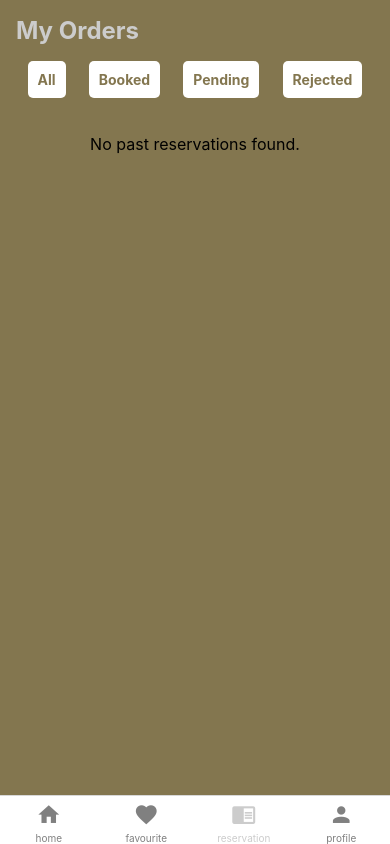
Repository: TemoshoS/restaurant-app
Screen: /reservation
An editor plug-in stored every save of this project. The screen is shown before and after the next save, followed by the edit.
The page's requests for data from a server got no answer. The app was drawn by React Native's web renderer in a window 390 px wide. The project was rebuilt for these pictures with package versions that can differ from the ones it lists, and the page was loaded fresh each time. No one was signed in, and anything a server would have sent is missing. Also part of the build but not shown: Screens/LoginScreen.js, Screens/RegisterScreen.js, components/navbar.js, components/search.js, Screens/RestaurantScreen.js, Screens/RestaurantDetailsScreen.js, Screens/MenuScreen.js, Screens/ReservationScreen.js and 5 more.

Above is the screen before, as saved 2024-01-04 12:01:07.

### App.js
// Import necessary components and modules
import React, { useEffect, useState } from 'react';
import { StyleSheet } from 'react-native';
import { NavigationContainer } from '@react-navigation/native';
import { createStackNavigator } from '@react-navigation/stack';
import { createBottomTabNavigator } from '@react-navigation/bottom-tabs';
import LoginScreen from './Screens/LoginScreen';
import HomeScreen from './Screens/HomeScreen';
import RegisterScreen from './Screens/RegisterScreen';
import RestaurantScreen from './Screens/RestaurantScreen';
import RestaurantDetailsScreen from './Screens/RestaurantDetailsScreen';
import MenuScreen from './Screens/MenuScreen';
import ReservationScreen from './Screens/ReservationScreen';
import PastReserevationScreen from './Screens/PastReserevationScreen';
import ProfileScreen from './Screens/ProfileScreen';
import store from './store/store';
import { Provider } from 'react-redux';
import MaterialCommunityIcons from 'react-native-vector-icons/MaterialCommunityIcons';
import FavoriteRestaurantScreen from './Screens/FavoriteRestaurantScreen';
import ForgotPasswordScreen from './Screens/ForgotPasswordScreen'
import Dashboard from './Screens/Dashboard';
import EditProfileScreen from './Screens/editProfileScreen';
import { auth } from './config/firebase';

const Stack = createStackNavigator();
const Tab = createBottomTabNavigator();

export default function App() {
  const [isAdmin, setIsAdmin] = useState(false);

  useEffect(() => {
    const checkAdminStatus = async () => {
      const user = auth.currentUser;
      const isAdminUser = user ? user.email === 'temosho@admin.co' : false;
      setIsAdmin(isAdminUser);
      console.log('isAdmin:', isAdminUser);
    };

    checkAdminStatus();
  }, []);

  function MainStack() {
    return (
      <Stack.Navigator initialRouteName='Welcome'>
        <Stack.Screen name="Restaurants" component={RestaurantScreen} options={{ headerShown: false }} />
        <Stack.Screen name='Welcome' component={HomeScreen} options={{ headerShown: false }} />
        <Stack.Screen name='editProfile' component={EditProfileScreen} options={{ headerShown: true }} />
        <Stack.Screen name='Login' component={LoginScreen} options={{ headerShown: false }} />
        <Stack.Screen name='Register' component={RegisterScreen} options={{ headerShown: false }} />
        <Stack.Screen name='Restaurant info' component={RestaurantDetailsScreen} options={{
          headerShown: true,
          headerStyle: {
            backgroundColor: '#fff',
          },
          headerTitle: 'Back',
          headerTitleStyle: {
            color: '#ccc',
            fontWeight: 'bold',
            fontSize: 18,
          },
          headerTintColor: '#F3EEEA',
          headerBackTitleVisible: false,
          headerBackImage: () => (
            <MaterialCommunityIcons name="arrow-left" size={24} color="#ccc" />
          ),
        }}  />
        <Stack.Screen name='Menu' component={MenuScreen} options={{
          headerShown: false,
          headerStyle: {
            backgroundColor: '#fff',
          },
          headerTitle: 'Back',
          headerTitleStyle: {
            color: '#ccc',
            fontWeight: 'bold',
            fontSize: 18,
          },
          headerTintColor: '#ccc',
          headerBackTitleVisible: false,
          headerBackImage: () => (
            <MaterialCommunityIcons name="arrow-left" size={24} color="#F3EEEA" />
          ),
        }} />
        {!isAdmin && (
          <Stack.Screen name='ReservationScreen' component={ReservationScreen} options={{
            headerShown: false,
            headerStyle: {
              backgroundColor: '#fff',
            },
            headerTitle: 'Back',
            headerTitleStyle: {
              color: '#ccc',
              fontWeight: 'bold',
              fontSize: 18,
            },
            headerTintColor: '#ccc',
            headerBackTitleVisible: false,
            headerBackImage: () => (
              <MaterialCommunityIcons name="arrow-left" size={24} color="ccc" />
            ),
          }}/>
        )}
        <Stack.Screen name='profile' component={ProfileScreen} options={{ headerShown: false }} />
        <Stack.Screen name='dashboard' component={Dashboard} options={{ headerShown: false }} />
        <Stack.Screen name='login' component={ForgotPasswordScreen} options={{ headerShown: true}} />
      </Stack.Navigator>
    );
  }

  function TabNavigator() {


    return (
      <Tab.Navigator
        tabBarOptions={{
          activeTintColor: '#ccc',
          inactiveTintColor: 'gray',
        }}
      >
        <Tab.Screen
          name="home"
          component={MainStack}
          options={{
            headerShown: false,
            tabBarIcon: ({ color, size }) => (
              <MaterialCommunityIcons name="home" color={color} size={size} />
            ),
          }}
        />
        {!isAdmin && (
          <Tab.Screen
            name="favourite"
            component={FavoriteRestaurantScreen}
            options={{
              headerShown: false,
              tabBarIcon: ({ color, size }) => (
                <MaterialCommunityIcons name="heart" color={color} size={size} />
              ),
            }}
          />
        )}
        {!isAdmin && (
          <Tab.Screen
            name="reservation"
            component={PastReserevationScreen}
            options={{
              headerShown: false,
              tabBarIcon: ({ color, size }) => (
                <MaterialCommunityIcons name="book-open" color={color} size={size} />
              ),
            }}
          />
        )}
        <Tab.Screen
          name="profile"
          component={ProfileScreen}
          options={{
            headerShown: false,
            tabBarIcon: ({ color, size }) => (
              <MaterialCommunityIcons name="account" color={color} size={size} />
            ),
          }}
        />
      </Tab.Navigator>
    );
  }

  return (
    <Provider store={store}>
      <NavigationContainer>
        <TabNavigator />
      </NavigationContainer>
    </Provider>
  );
}

const styles = StyleSheet.create({
  container: {
    flex: 1,
    backgroundColor: 'black',
    alignItems: 'center',
    justifyContent: 'center',
  },
});

### Screens/HomeScreen.js
import { StyleSheet, Text, View, Image, TouchableOpacity } from 'react-native'
import { useState, useEffect } from 'react';
import { FontAwesome } from '@expo/vector-icons';
import { getAuth, onAuthStateChanged } from 'firebase/auth';
import { useNavigation } from '@react-navigation/native';


const HomeScreen = () => {
    const [user, setUser] = useState(null);
    const navigation = useNavigation();

    useEffect(() => {
        const auth = getAuth();


        const unsubscribe = onAuthStateChanged(auth, (authUser) => {
          if (authUser) {
            setUser(authUser);
          } else {
            setUser(null);
          }
        });

        return () => unsubscribe();
      }, []);




  return (
      <View style={styles.container}>

          <View >
              <FontAwesome style={styles.circle} name="circle" size={140} color="#D9D9D9" />
          </View>

          <Image
              source={require('../assets/cartoon-1299636_1920.png')}
              style={{ width: 200, height: 265.56 }}
          />


          <Text style={styles.welcomeTxt}>Welcome!</Text>
          <Text style={styles.dineTxt}>Dine with your friends</Text>


          <View>
              <TouchableOpacity
                  style={styles.getButton}
                  onPress={() => {
                      if (user) {
                          navigation.navigate('Restaurants')
                      } else {
                          navigation.navigate('Login')
                      }
                  }}
              >
                  <Text style={styles.getTxt}>Get started</Text>

              </TouchableOpacity>
          </View>

      </View>
  )
}

export default HomeScreen

const styles = StyleSheet.create({
    container:{
        flex:1,

        height: 932,
        justifyContent: 'center',
        alignItems:'center',
        backgroundColor: '#fff',
    },
    circle:{
        marginLeft: 370,
        marginTop: -160,

    },
    welcomeTxt:{
        fontSize: 64,
        fontFamily: 'italiana',
        marginTop: 100,
        color: 'gray',

    },
    dineTxt:{
        fontSize: 20,
        fontFamily: 'Nothing You Could Do',
        marginBottom: 150,
        color: '#ccc',

    },
    getButton:{
        alignItems: 'center',
        justifyContent: 'center',
        backgroundColor: '#ccc',
        width: 250,
        height: 60,
        borderRadius: 30
    },
    getTxt:{
        color: '#fff',
        fontSize: 20,
        fontWeight:'bold'
    }
})

### Screens/PastReserevationScreen.js
import React, { useEffect, useState } from 'react';
import { connect } from 'react-redux';
import { fetchPastReservations } from '../actions/reserveAction';
import { StyleSheet, Text, View, ScrollView, TouchableOpacity } from 'react-native';
import { Table, Row } from 'react-native-table-component';
import { getAuth, onAuthStateChanged } from 'firebase/auth';

const PastReservationScreen = ({ pastReservations, fetchPastReservations }) => {
  const [currentUserId, setCurrentUserId] = useState(null);
  const [filterStatus, setFilterStatus] = useState(null);

  useEffect(() => {
    const auth = getAuth();
    const unsubscribe = onAuthStateChanged(auth, (user) => {
      if (user) {
        setCurrentUserId(user.uid);
        fetchPastReservations(user.uid);
      } else {
        setCurrentUserId(null);
      }
    });

    return () => unsubscribe();
  }, [fetchPastReservations]);

  const getStatusColor = (status) => {
    switch (status) {
      case 'booked':
        return 'green';
      case 'canceled':
        return 'red';
        case 'pending':
          return 'yellow';
          case 'rejected':
        return 'red';
      default:
        return '#E7E6E1';
    }
  };

  const handleFilter = (status) => {
    setFilterStatus(status);
  };

  const filteredReservations = filterStatus
    ? pastReservations.filter((reservation) => reservation.status === filterStatus)
    : pastReservations;

  return (
    <ScrollView style={styles.container}>
      <Text style={styles.title}>My Orders</Text>
    <View style={styles.filterButtonsContainer}>
      <TouchableOpacity
        style={styles.filterButton}
        onPress={() => handleFilter(null)}
      >
        <Text style={styles.filterButtonText}>All</Text>
      </TouchableOpacity>
      <TouchableOpacity
        style={styles.filterButton}
        onPress={() => handleFilter('booked')}
      >
        <Text style={styles.filterButtonText}>Booked</Text>
      </TouchableOpacity>
      <TouchableOpacity
        style={styles.filterButton}
        onPress={() => handleFilter('pending')}
      >
        <Text style={styles.filterButtonText}>Pending</Text>
      </TouchableOpacity>
      <TouchableOpacity
        style={styles.filterButton}
        onPress={() => handleFilter('rejected')}
      >
        <Text style={styles.filterButtonText}>Rejected</Text>
      </TouchableOpacity>
    </View>


    {filteredReservations.length > 0 ? (
      <View style={styles.tableContainer}>
        <Table borderStyle={{ borderWidth: 1, borderColor: '#C1C0B9' }}>
          {filteredReservations.map((reservation, index) => (
            <View key={index} style={styles.reservationCard}>
            <View style={styles.cardHeader}>
              <Text style={styles.reservationDate}>
                {reservation.dateTime}
                {/* {new Date(reservation.selectedDate.seconds * 1000).toLocaleDateString()} */}
              </Text>
              <Text style={styles.restaurantName}>{reservation.restName}</Text>
            </View>

            <Row
              data={['Location:', reservation.restLocation]}
              style={styles.tableRow}
              textStyle={styles.info}
            />
            <Row
              data={['Full Name:', reservation.fullName]}
              style={styles.tableRow}
              textStyle={styles.info}
            />
            <Row
              data={['Phone Number:', reservation.phone]}
              style={styles.tableRow}
              textStyle={styles.info}
            />
            <Row
              data={['Occasion:', reservation.occasion]}
              style={styles.tableRow}
              textStyle={styles.info}
            />
            <Row
              data={['Number of Guests:', reservation.numOfGuests]}
              style={styles.tableRow}
              textStyle={styles.info}
            />
            <Row
              data={['Status:', reservation.status]}
              style={[styles.tableRow, { backgroundColor: getStatusColor(reservation.status) }]}
              textStyle={styles.info}
            />
            {reservation.status === 'rejected' && (
              <Row
                data={['Reason:', reservation.reason]}
                style={styles.tableRow}
                textStyle={styles.info}
              />
            )}
          </View>
        ))}
      </Table>
    </View>
  ) : (
    <Text style={styles.emptyMessage}>No past reservations found.</Text>
  )}
</ScrollView>

  );
};

const mapStateToProps = (state) => ({
  pastReservations: state.reservation.pastReservations,
});

export default connect(mapStateToProps, { fetchPastReservations })(PastReservationScreen);

const styles = StyleSheet.create({
  container: {
    flex: 1,
    padding: 16,
    backgroundColor: '#83764F',
  },
  filterButtonsContainer: {
    flexDirection: 'row',
    justifyContent: 'space-around',
    marginBottom: 16,
  },
  filterButton: {
    padding: 10,
    backgroundColor: '#fff',
    borderRadius: 5,
  },
  filterButtonText: {
    fontWeight: 'bold',
    color: '#83764F',
  },
  tableContainer: {
    marginTop: 16,
  },
  title: {
    fontSize: 24,
    fontWeight: 'bold',
    marginBottom: 16,
    color: '#ccc',
  },
  reservationCard: {
    backgroundColor: '#F3EEEA',
    borderRadius: 8,
    padding: 16,
    marginBottom: 16,
    shadowColor: '#000',
    shadowOffset: { width: 0, height: 2 },
    shadowOpacity: 0.2,
    shadowRadius: 4,
    elevation: 5,
  },
  cardHeader: {
    flexDirection: 'row',
    justifyContent: 'space-between',
    marginBottom: 12,

  },
  reservationDate: {
    fontSize: 18,
    color: '#83764F',
    fontWeight: 'bold',
  },
  restaurantName: {
    fontSize: 18,
    color: '#83764F',
    fontWeight: 'bold',
  },
  tableRow: {
    height: 40,
    backgroundColor: '#E7E6E1',
  },
  info: {
    fontSize: 16,
    textAlign: 'center',
  },
  emptyMessage: {
    fontSize: 16,
    textAlign: 'center',
    marginTop: 20,
  },
});

### store/store.js
import { createStore, applyMiddleware, combineReducers } from 'redux';
import thunk from 'redux-thunk';
import restaurantsReducer from '../reducers/restaurantsReducer';
import reserveReducer from '../reducers/reserveReducer';
import authReducer from '../reducers/authReducer';
import favoriteRestaurantsReducer from '../reducers/favoriteRestaurantsReducer';


const rootReducer = combineReducers({
  restaurants: restaurantsReducer,
  reservation: reserveReducer,
  auth: authReducer,
  favoriteRestaurants: favoriteRestaurantsReducer,

});

const store = createStore(rootReducer, applyMiddleware(thunk));

export default store;

### config/firebase.js
// Import the functions you need from the SDKs you need
import { initializeApp } from "firebase/app";
import { getAnalytics } from "firebase/analytics";

import {getAuth} from 'firebase/auth';
import {getFirestore} from 'firebase/firestore'
// TODO: Add SDKs for Firebase products that you want to use
// https://firebase.google.com/docs/web/setup#available-libraries

// Your web app's Firebase configuration
// For Firebase JS SDK v7.20.0 and later, measurementId is optional
const firebaseConfig = {
  apiKey: "AIzaSyDa4_cUmrR60k82VypxJ_US-F7FEiItCL4",
  authDomain: "restaurant-app-da7bc.firebaseapp.com",
  projectId: "restaurant-app-da7bc",
  storageBucket: "restaurant-app-da7bc.appspot.com",
  messagingSenderId: "598136487640",
  appId: "1:598136487640:web:f77577fdc1710db8c1a1ad",
  measurementId: "G-6D4DHL06Z0"
};

// Initialize Firebase
const app = initializeApp(firebaseConfig);
const analytics = getAnalytics(app);

const auth = getAuth(app)
const db = getFirestore(app)
export {auth, db}

### actions/authActions.js
import { sendPasswordResetEmail } from 'firebase/auth';
import { auth } from '../config/firebase';
import { getAuth, onAuthStateChanged, signOut } from 'firebase/auth';
export const LOGIN_SUCCESS = 'LOGIN_SUCCESS';
export const REGISTER_SUCCESS = 'REGISTER_SUCCESS';
export const FORGOT_PASSWORD_REQUEST = 'FORGOT_PASSWORD_REQUEST';
export const FORGOT_PASSWORD_SUCCESS = 'FORGOT_PASSWORD_SUCCESS';
export const FORGOT_PASSWORD_FAILURE = 'FORGOT_PASSWORD_FAILURE';
export const LOGOUT = 'LOGOUT';

export const loginSuccess = (user) => ({
  type: LOGIN_SUCCESS,
  payload: user,
});

export const registerSuccess = (user) => ({
  type: REGISTER_SUCCESS,
  payload: user,
});

export const forgotPasswordRequest = () => ({
  type: FORGOT_PASSWORD_REQUEST,
});

export const forgotPasswordSuccess = () => ({
  type: FORGOT_PASSWORD_SUCCESS,
});

export const forgotPasswordFailure = (error) => ({
  type: FORGOT_PASSWORD_FAILURE,
  payload: error,
});

export const forgotPassword = (email) => {
  return async (dispatch) => {
    dispatch(forgotPasswordRequest());

    try {
      await sendPasswordResetEmail(auth, email);
      dispatch(forgotPasswordSuccess());
    } catch (error) {
      dispatch(forgotPasswordFailure(error));
    }
  };
};

export const logout = () => ({
  type: LOGOUT,
});

### actions/restaurant.js
import { db } from "../config/firebase";
import { collection ,getDocs} from "firebase/firestore";

export const FETCH_RESTAURANTS = 'FETCH_RESTAURANTS';

export const fetchRestaurants = () => {
  return async (dispatch) => {
    const restaurantsCollection = collection(db, 'restaurants');
    const snapshot = await getDocs(restaurantsCollection);
    const restaurants = [];
    snapshot.forEach((doc) => {
      restaurants.push(doc.data());
    });
    dispatch({ type: FETCH_RESTAURANTS, payload: restaurants });
  };
};

### actions/reserveAction.js
import { db } from "../config/firebase";
import { collection, addDoc, getDocs, query, where } from "firebase/firestore";

export const RESERVE_SUCCESS = "RESERVE_SUCCESS";
export const RESERVE_FAILURE = "RESERVE_FAILURE";
export const FETCH_ALL_RESERVATIONS = 'FETCH_ALL_RESERVATIONS';
export const FETCH_PAST_RESERVATIONS = 'ETCH_PAST_RESERVATIONS';


export const reserveTable = (reservationData) => {
  return async (dispatch) => {
    try {
      // Save the reservation data to Firestore
      const ordersCollection = collection(db, "Orders");
      const docRef = await addDoc(ordersCollection, reservationData);


      dispatch({ type: RESERVE_SUCCESS, payload: docRef });
    } catch (error) {

      dispatch({ type: RESERVE_FAILURE, payload: error.message });
    }
  };
};

export const fetchPastReservations = (userId) => {
  return async (dispatch) => {
    try {

      //query to fetch reservations based on the userId
      const reservationsCollection = collection(db, 'Orders');
      const userQuery = query(reservationsCollection, where('userId', '==', userId));

      const snapshot = await getDocs(userQuery);

      const pastReservations = [];
      snapshot.forEach((doc) => {
        pastReservations.push(doc.data());
      });


      dispatch({ type: FETCH_PAST_RESERVATIONS, payload: pastReservations });
    } catch (error) {
      // Handle errors
      console.error('Error fetching past reservations:', error);
    }
  };
}


export const fetchAllReservations = () => {
  return async (dispatch) => {
    try {
      // Query to fetch all reservations
      const reservationsCollection = collection(db, 'Orders');
      const snapshot = await getDocs(reservationsCollection);
      const allReservations = [];

      snapshot.forEach((doc) => {
        allReservations.push(doc.data());
      });

      dispatch({ type: FETCH_ALL_RESERVATIONS, payload: allReservations });
    } catch (error) {
      console.error('Error fetching all reservations:', error);
    }
  };
};

### reducers/restaurantsReducer.js
import { FETCH_RESTAURANTS } from "../actions/restaurant";


const initialState = {
    restaurants: [],
};

const restaurantsReducer = (state = initialState, action) =>{

    switch (action.type) {
        case FETCH_RESTAURANTS:
          return { ...state, restaurants: action.payload };
        default:
          return state;
      }


};

export default restaurantsReducer;

### reducers/reserveReducer.js
import { RESERVE_SUCCESS, RESERVE_FAILURE, FETCH_PAST_RESERVATIONS,FETCH_ALL_RESERVATIONS } from "../actions/reserveAction";

const initialState = {
  reservationSuccess: null,
  reservationError: null,
  pastReservations: [],
  allReservations: [],
  loading: false,
};

const reserveReducer = (state = initialState, action) => {
  switch (action.type) {
    case RESERVE_SUCCESS:
      return { ...state, reservationSuccess: action.payload, reservationError: null };
    case RESERVE_FAILURE:
      return { ...state, reservationSuccess: null, reservationError: action.payload };
    case FETCH_PAST_RESERVATIONS:
      return { ...state, pastReservations: action.payload };
      case FETCH_ALL_RESERVATIONS:
        return { ...state, allReservations: action.payload, loading: false };
    default:
      return state;
  }
};

export default reserveReducer;

### reducers/authReducer.js
import {
  LOGIN_SUCCESS,
  REGISTER_SUCCESS,
  LOGOUT ,
  FORGOT_PASSWORD_REQUEST,
  FORGOT_PASSWORD_SUCCESS,
  FORGOT_PASSWORD_FAILURE,} from '../actions/authActions';

const initialState = {
  user: null,
  isAuthenticated: false,
  forgotPasswordLoading: false,
  forgotPasswordSuccess: false,
  forgotPasswordError: null,

};

const authReducer = (state = initialState, action) => {
  switch (action.type) {
    case LOGIN_SUCCESS:
    case REGISTER_SUCCESS:
      return {
        ...state,
        user: action.payload,
        isAuthenticated: true,
      };
      case FORGOT_PASSWORD_REQUEST:
        return {
          ...state,
          forgotPasswordLoading: true,
          forgotPasswordSuccess: false,
          forgotPasswordError: null,
        };
      case FORGOT_PASSWORD_SUCCESS:
        return {
          ...state,
          forgotPasswordLoading: false,
          forgotPasswordSuccess: true,
          forgotPasswordError: null,
        };
      case FORGOT_PASSWORD_FAILURE:
      return {
        ...state,
        forgotPasswordLoading: false,
        forgotPasswordSuccess: false,
        forgotPasswordError: action.payload,
      };
    case LOGOUT:
      return {
        ...state,
        user: null,
        isAuthenticated: false,
      };
    default:
      return state;
  }
};

export default authReducer;

### reducers/favoriteRestaurantsReducer.js
import { FETCH_FAV_RESTAURANTS } from "../actions/favoriteRestaurantActions";


const initialState = {
    favRestaurants: [],
};

const favRestaurantsReducer = (state = initialState, action) =>{

    switch (action.type) {
        case FETCH_FAV_RESTAURANTS:
          return { ...state, favRestaurants: action.payload };
        default:
          return state;
      }


};

export default favRestaurantsReducer;

### actions/favoriteRestaurantActions.js
import { db } from "../config/firebase";
import { collection ,getDocs} from "firebase/firestore";

export const FETCH_FAV_RESTAURANTS = 'FETCH_FAV_RESTAURANTS';

export const fetchFavouriteRestaurants = () => {
  return async (dispatch) => {
    const restaurantsCollection = collection(db, 'favouriteRestaurants');
    const snapshot = await getDocs(restaurantsCollection);
    const favRestaurants = [];
    snapshot.forEach((doc) => {
      favRestaurants.push(doc.data());
    });
    dispatch({ type: FETCH_FAV_RESTAURANTS, payload: favRestaurants });
  };
};

After the next save:
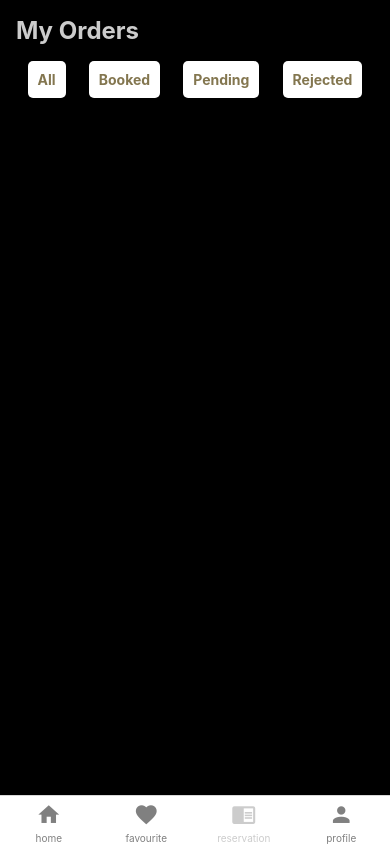
Saved 95 s later.
--- a/Screens/PastReserevationScreen.js
+++ b/Screens/PastReserevationScreen.js
@@ -149,7 +149,7 @@ const styles = StyleSheet.create({
   container: {
     flex: 1,
     padding: 16,
-    backgroundColor: '#83764F',
+    backgroundColor: 'black',
   },
   filterButtonsContainer: {
     flexDirection: 'row',
